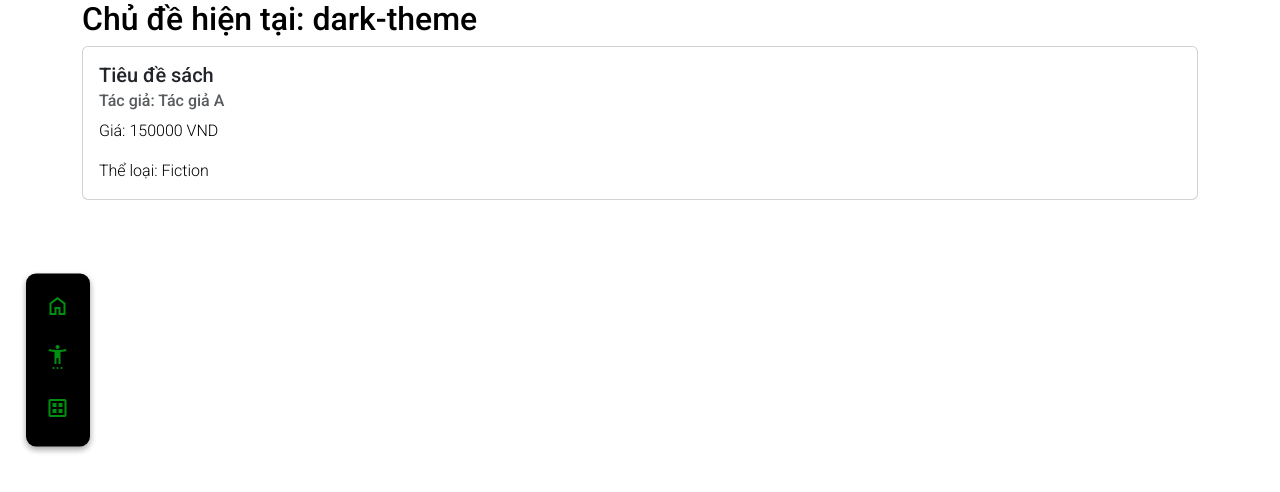
Repository: tuankiet10920/homeworkFEF
Page: /about
These files come from the project's save history. The page is drawn as it stood at one moment and after the next save; the edit follows.
The browser window is 1280 px wide. The pictures show the whole page.
The project was rebuilt for these pictures with package versions that can differ from the ones it lists, and the page was loaded fresh each time. Also part of the build but not shown: vite.config.js, src/views/HomeView.vue. Imported but missing from the stored project, and not drawn on this page: src/assets/audio/intro.mp3.

Above is the page before, as saved 2024-10-25 21:47:52.

After the next save:
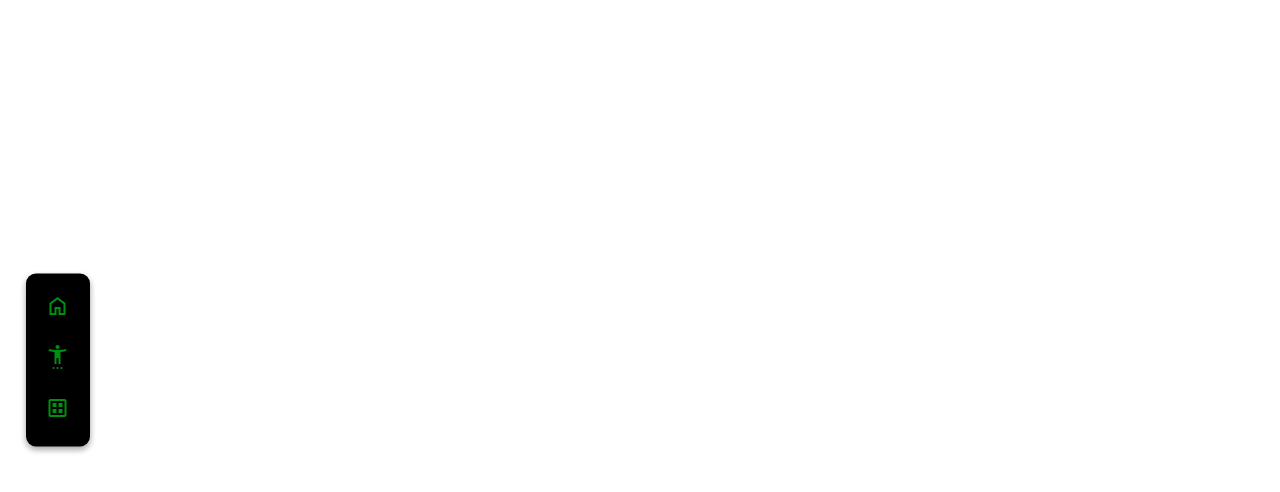
Saved 14 s later.
--- a/src/views/AboutView.vue
+++ b/src/views/AboutView.vue
@@ -1,8 +1,8 @@
 <script setup>
-import Bai4 from '../Labs/Lab5/Bai4.vue'
+import Bai1 from '../Labs/Lab6/Bai1.vue'
 </script>
 <template>
-  <Bai4 />
+  <Bai1 />
 </template>
 
 <style></style>
